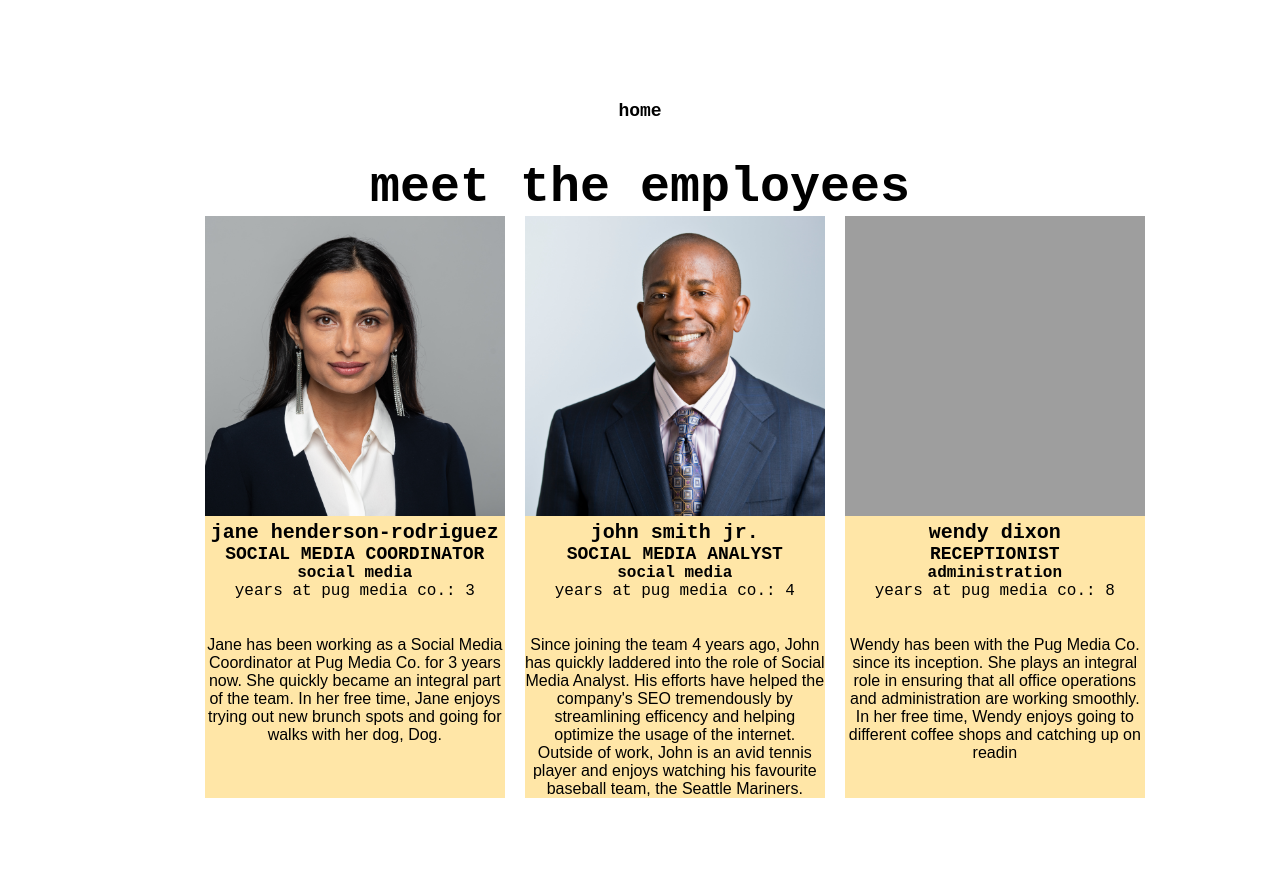
Repository: cheungglenda/MDIA2109-Week3
Page: /about
An editor plug-in stored every save of this project. The page is shown before and after the next save, followed by the edit.
The browser window is 1280 px wide. The pictures show the whole page.
Pictures or frames that could not be fetched are drawn as grey boxes. The project was rebuilt for these pictures with package versions that can differ from the ones it lists, and the page was loaded fresh each time. The framework's server and built-in components were replaced by stand-ins that run in the browser. Also part of the build but not shown: next.config.js.

Above is the page before, as saved 2023-01-20 12:39:24.

After the next save:
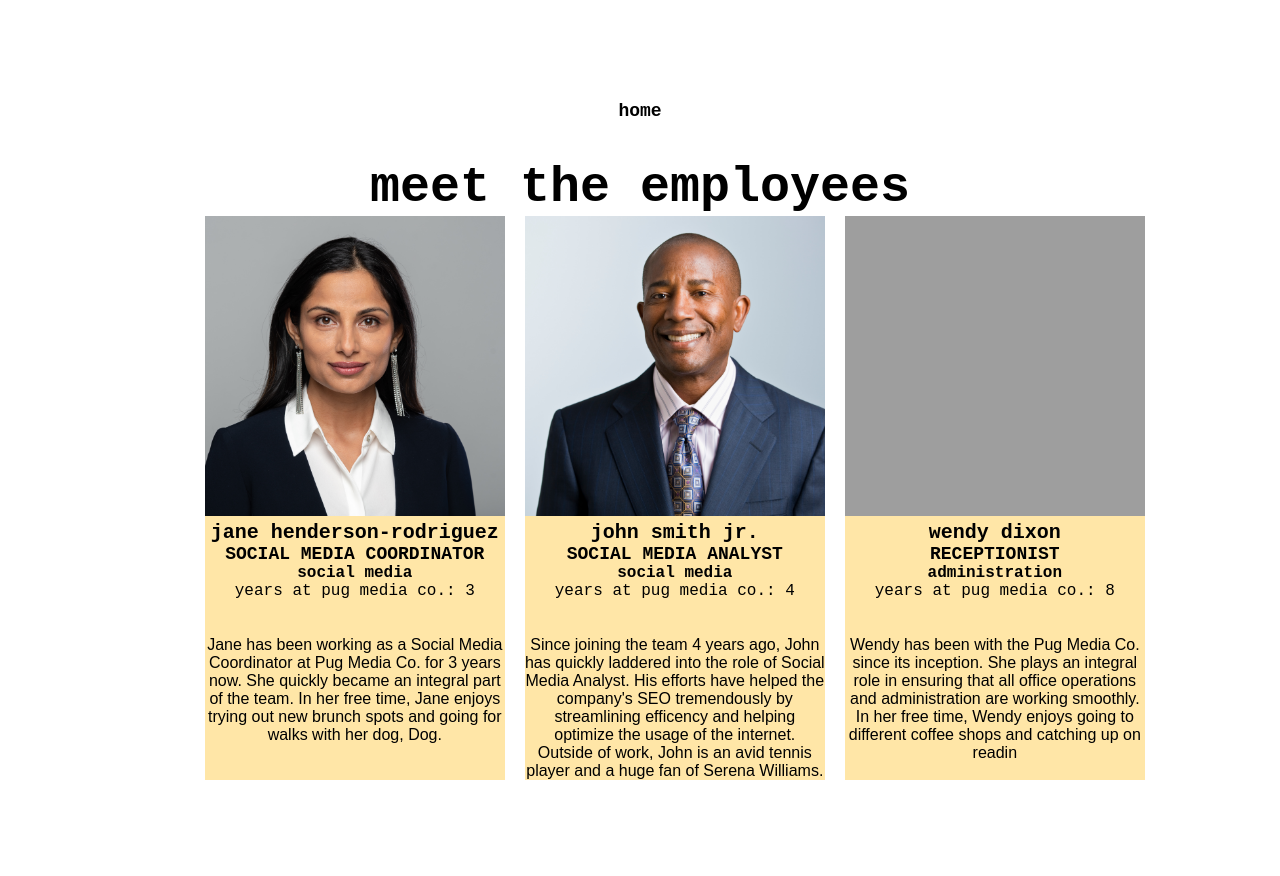
Saved 33 s later.
--- a/data/about.json
+++ b/data/about.json
@@ -13,7 +13,7 @@
         "department": "Social Media",
         "jobTitle": "Social Media Analyst",
         "yearsWorked": 4,
-        "description": "Since joining the team 4 years ago, John has quickly laddered into the role of Social Media Analyst. His efforts have helped the company's SEO tremendously by streamlining efficency and helping optimize the usage of the internet. Outside of work, John is an avid tennis player and enjoys watching his favourite baseball team, the Seattle Mariners."
+        "description": "Since joining the team 4 years ago, John has quickly laddered into the role of Social Media Analyst. His efforts have helped the company's SEO tremendously by streamlining efficency and helping optimize the usage of the internet. Outside of work, John is an avid tennis player and a huge fan of Serena Williams."
 
     },
     {
